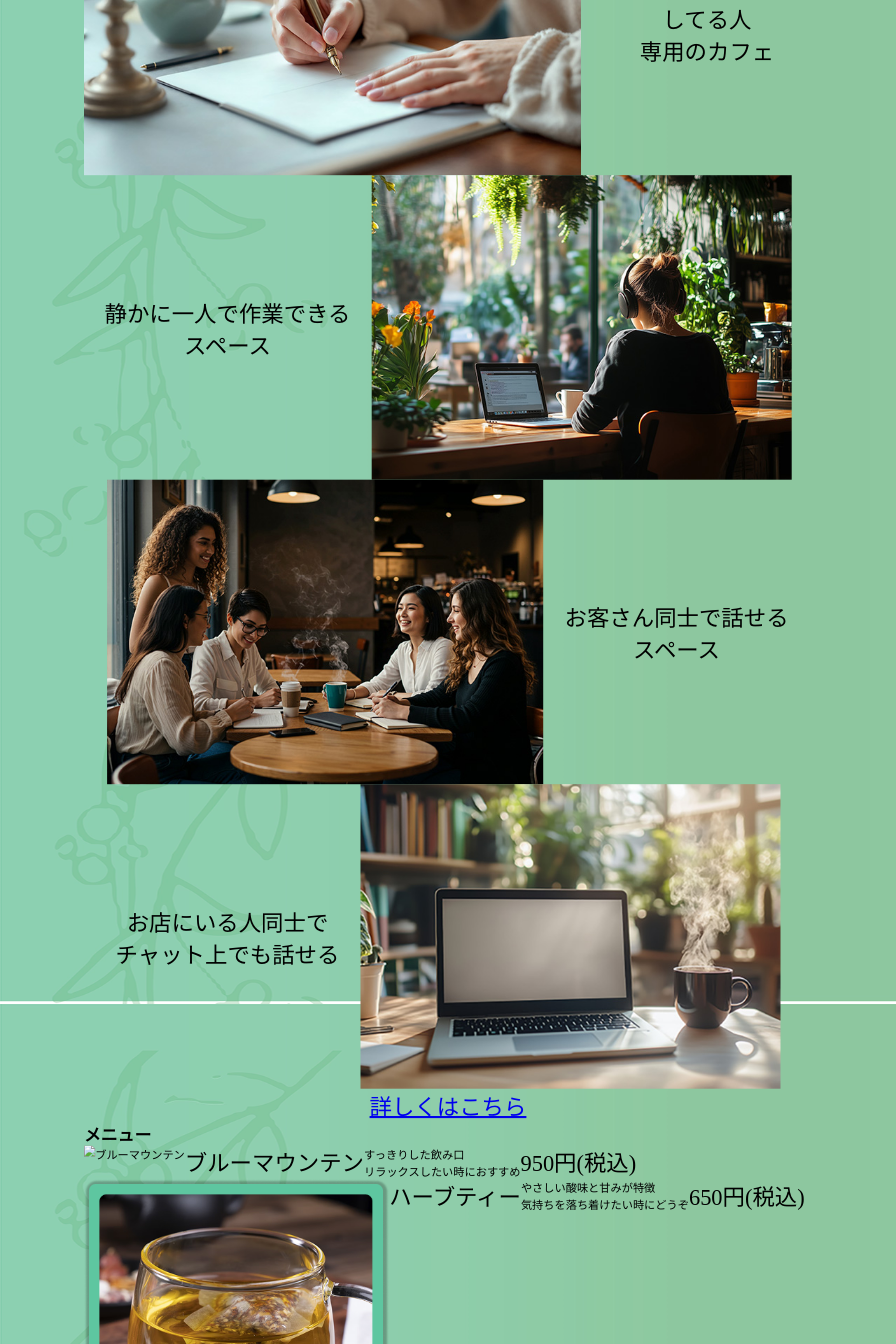
Repository: saka-kou/GardenStory
Page: index.html
The author's editor kept a copy of each file at every save. The page is drawn from the files as they stood at one save, then again after the next save.
The browser window is 1280 px wide. The pictures show the part of the page from y = 1066 to 2986 px (the page is 4542 px tall before and 4692 px after), at 70% of full size.
Some web fonts or font styles are not loaded; a fallback is used.

Above is the page before, as saved 2025-07-24 12:23:07.

### index.html
<!DOCTYPE html>
<html lang="en">
<head>
    <meta charset="UTF-8">
    <meta name="viewport" content="width=device-width, initial-scale=1.0">
    <link rel="preconnect" href="https://fonts.googleapis.com">
    <link rel="preconnect" href="https://fonts.gstatic.com" crossorigin>
    <link href="https://fonts.googleapis.com/css2?family=Kaisei+Opti&display=swap" rel="stylesheet">

    <title>物語庭園</title>
    <link rel="stylesheet" href="css/index.css">
</head>
<body>
    <header>
        <h1><img src="images/logo.svg" alt="物語庭園ロゴ"></h1>
        <ul id="gnavi" class="consept-text">
            <li>物語庭園について</li>
            <li>メニュー</li>
            <li>利用料金</li>
            <li>アクセス</li>
            <li>トピックス</li>
        </ul>
    </header>
    <h1><img src="images/cafe.svg" alt="カフェ店内" class="mainvisual"></h1>
    <main>
        <h2 class="consept-text">物語庭園について</h2>
        <div class="aboutWrap">
            <div class="write">
                <div class="cafe-ex">
                    <img src="images/write.jpeg" alt="文創" class="leftimg">
                    <p class="consept-text">文章系の創作活動をしてる人<br>
                        専用のカフェ
                    </p>
                </div>
            </div>
            <div class="work">
                <div class="cafe-ex">
                    <p class="consept-text">静かに一人で作業できる<br>
                        スペース
                    </p>
                    <img src="images/work.jpeg" alt="作業" class="rightimag">
                </div>
            </div>
            <div class="talk">
                    <div class="cafe-ex">
                    <img src="images/talk.jpeg" alt="話せる" class="leftimg">
                    <p class="consept-text">お客さん同士で話せる<br>
                        スペース
                    </p>
                </div>
            </div>
            <div class="Website">
                    <div class="cafe-ex">
                    <p class="consept-text">お店にいる人同士で<br>
                        チャット上でも話せる
                    </p>
                    <img src="images/Website.jpeg" alt="Webサイト" class="rightimg">
                </div>
            </div>
        </div>
            <p class="consept-text"><a href="#">詳しくはこちら</a></p>
            <h2>メニュー</h2>
            <div itemWrap></div>
                <div class="topitem">
                        <img src="" alt="ブルーマウンテン">
                        <p class="menuname">ブルーマウンテン</p>
                        <p>すっきりした飲み口<br>
                        リラックスしたい時におすすめ</p>
                        <p class="price">950円(税込)</p>
                </div>
                <div class="topitem">
                        <img src="images/herbtea.png" alt="ハーブティー">
                        <p class="menuname">ハーブティー</p>
                        <p>やさしい酸味と甘みが特徴<br>
                        気持ちを落ち着けたい時にどうぞ</p>
                        <p class="price">650円(税込)</p>
                </div>
                <div class="middleitem">
                        <img src="" alt="マンデリンコーヒー">
                        <p class="menuname">マンデリンコーヒー</p>
                        <p>深いコクとほのかな苦味<br>
                        集中したい作業時に最適です</p>
                        <p class="price">650円(税込)</p>
                </div>
                <div class="middleitem">
                        <img src="images/orangejuice.png" alt="オレンジジュース">
                        <p class="menuname">オレンジジュース</p>
                        <p>実は集中できる効果のある飲み物<br>
                        軽やかな酸味で気持ちを切り替えて集中したい時に</p>
                        <p class="price">500円(税込)</p>
                </div>
                <div class="bottomitem">
                        <img src="images/sandwhich.png" alt="サンドウィッチ">
                        <p class="menuname">サンドウィッチ</p>
                        <p>ふんわり食感とやさしい味<br>
                        小腹満たしにちょうどいい一品</p>
                        <p class="price">750円(税込)</p>
                </div>
                <div class="bottomitem">
                    <img src="images/suko-nn.png" alt="スコーン">
                    <p class="menuname">スコーン</p>
                    <p>ほんのり甘くて食べごたえあり<br>
                    小腹が空いた時におすすめです</p>
                    <p class="price">750円(税込)</p>
                </div>
            </div>
    </main>
</body>
</html>

### css/index.css
*{
    margin: 0;
    padding: 0;
}
body{
    background-image: url("../images/壁紙例2.webp");
    background-repeat: repeat;
        font-family: "Kaisei Opti", serif;
    font-weight: 400;
    font-style: normal;
    margin: 0 120px;
}
header{
    display: flex;
    align-items: center;
    justify-content: space-between;
    background: #D9EDDF;
    gap: 210px;
}
.mainvisual{
    width: 100vh;
    height: 100vh;
    text-align: center;
}
.mainvisual img{
    width: 100vh;
    height: 100vh;
}
main{
    /* padding: 0 auto; */
}
#gnavi{
    display: flex;
    list-style-type: none;
    width: 100%;
}

.consept-text{
    font-family: "Kaisei Opti", serif;
    font-weight: 400;
    font-style: normal;
    font-size: 32px;
    text-align: center;
}
.aboutWrap{
    display: flex;
    flex-direction: column;
    align-items: center;
}
.cafe-ex{
    /* width: 1320px; */
    display: flex;
    align-items: center;
    gap: 30px;
}
.work{
    gap: 75px;
    display: flex;
}
.write{
    gap: 27px;
    display: flex;
}
.talk{
    gap: 85px;
    display: flex;
}
.Website{
    gap: 75px;
    display: flex;
}
.leftimg{
    display: flex;
    gap: 75px;
}
.rightimg{
    display: flex;

}
.itemWrap{
    display: flex;
    flex-direction: column;
}
.menuname{
    display: flex;
    flex-direction: column;
    font-size: 32px;
}
.price{
    font-size: 32px;
    font-family: "Kaisei Opti", serif;
    font-weight: 400;
    font-style: normal;
}
.topitem{
    display: flex;
}
.middleitem{
    display: flex;
}
.bottomitem{
    display: flex;
}

After the next save:
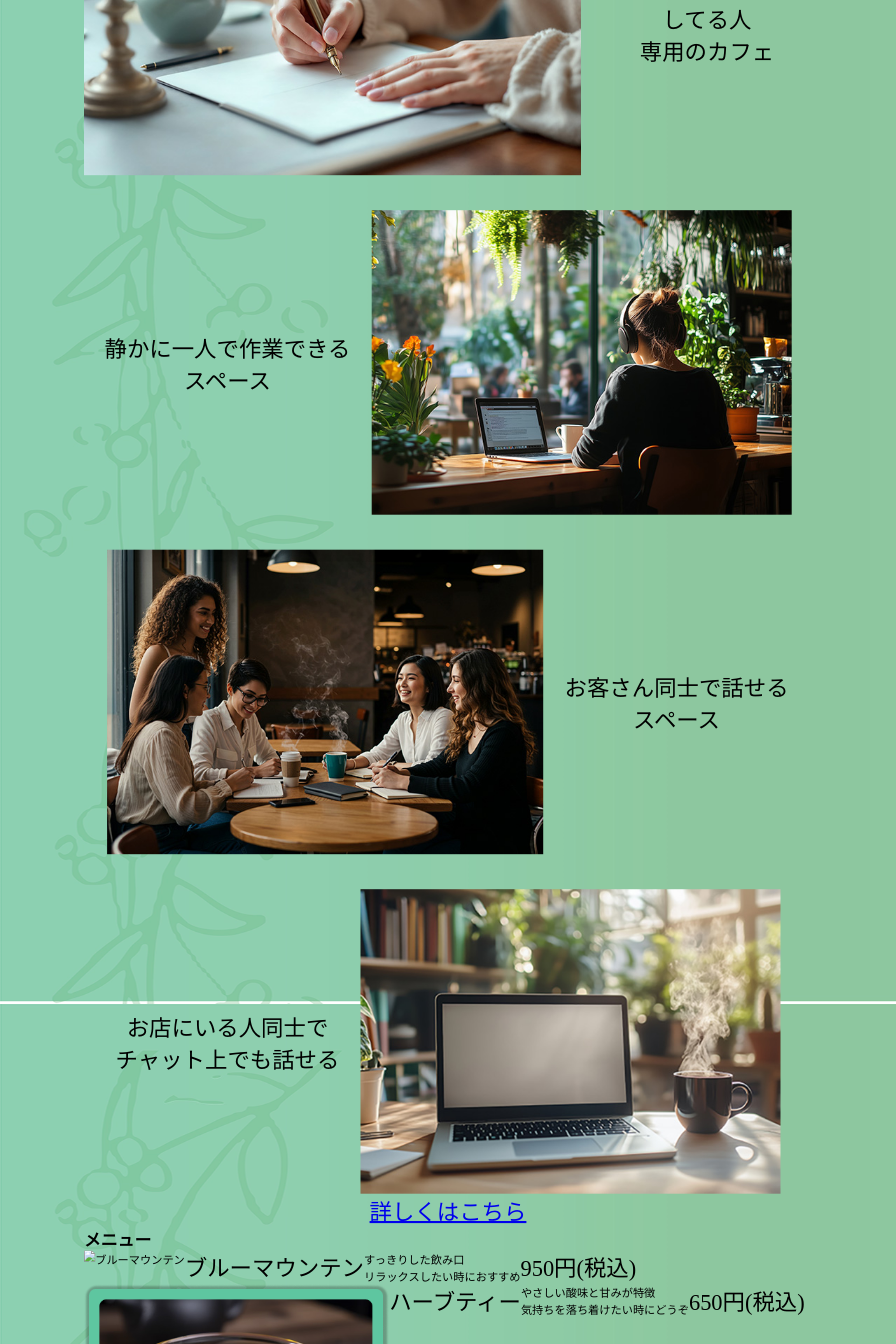
Saved 37 s later.
--- a/css/index.css
+++ b/css/index.css
@@ -46,6 +46,7 @@ main{
     display: flex;
     flex-direction: column;
     align-items: center;
+    gap: 50px;
 }
 .cafe-ex{
     /* width: 1320px; */
